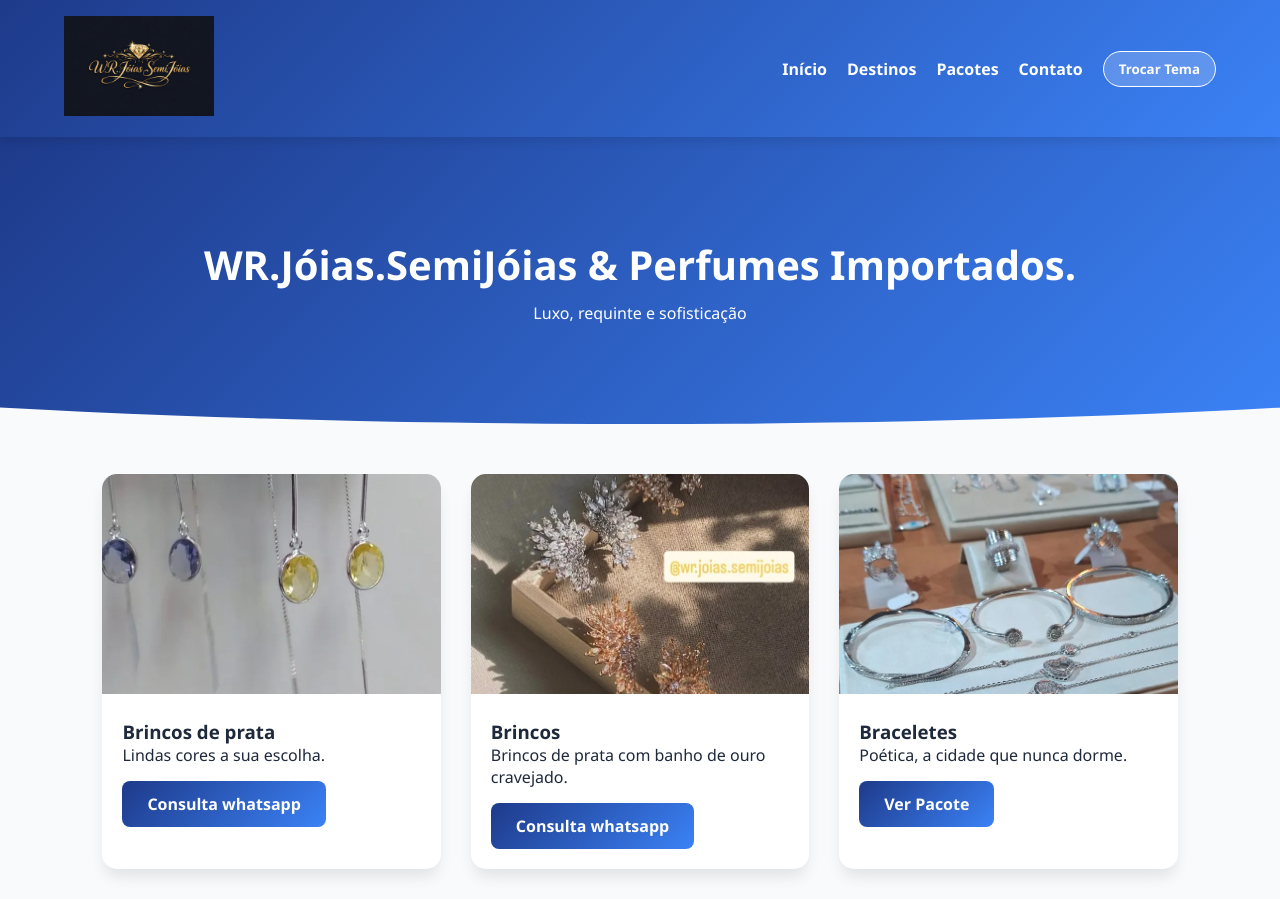
Repository: Sandro1969-tech/joias-perfumes
Page: index.html
An editor plug-in stored every save of this project. The page is shown before and after the next save, followed by the edit.
The browser window is 1280 px wide. The pictures show the part of the page from y = 0 to 899 px (the page is 1593 px tall).
Pictures or frames that could not be fetched are drawn as grey boxes.

Above is the page before, as saved 2026-01-28 15:18:45.

### index.html
<!DOCTYPE html>
<html lang="pt-br">
<head>
    <meta charset="UTF-8">
    <meta name="viewport" content="width=device-width, initial-scale=1.0">
    <title>WR.Jóias.SemiJóias & Perfumes Importados</title>
    <link rel="stylesheet" href="https://cdnjs.cloudflare.com/ajax/libs/font-awesome/6.0.0/css/all.min.css">
    <link rel="shortcut icon" href="assets/image/icone.png" type="image/x-icon">

    <style>
        /* VARIÁVEIS DE CORES */
        :root {
            --primary-gradient: linear-gradient(135deg, #1e3a8a, #3b82f6);
            --bg-color: #f8fafc;
            --text-color: #1e293b;
            --card-bg: #ffffff;
            --accent-color: #60a5fa;
            --button-hover: #2563eb;
        }

        [data-theme="dark"] {
            --bg-color: #0f172a;
            --text-color: #f1f5f9;
            --card-bg: #1e293b;
            --accent-color: #3b82f6;
        }

        /* RESET E GERAL */
        * {
            margin: 0; padding: 0; box-sizing: border-box;
            transition: background 0.4s ease, color 0.4s ease;
            font-family: 'Segoe UI', Tahoma, sans-serif;
        }

        body {
            background-color: var(--bg-color);
            color: var(--text-color);
        }

        /* HEADER E MENU */
        header {
            background: var(--primary-gradient);
            padding: 1rem 5%;
            display: flex;
            justify-content: space-between;
            align-items: center;
            position: sticky; top: 0; z-index: 1000;
            box-shadow: 0 4px 10px rgba(0,0,0,0.1);
        }

        .logo img { height: 100px; }

        .nav-container { display: flex; align-items: center; gap: 20px; }

        .nav-links { display: flex; list-style: none; gap: 20px; }

        .nav-links a {
            color: white; text-decoration: none; font-weight: bold;
            transition: 0.3s;
        }
        .nav-links a:hover { color: var(--accent-color); padding-left: 5px; }

        /* BOTÃO TEMA */
        #theme-toggle {
            background: rgba(255,255,255,0.2);
            border: 1px solid white;
            color: white;
            padding: 8px 15px;
            border-radius: 20px;
            cursor: pointer;
            font-weight: bold;
        }

        /* HERO SECTION */
        .hero {
            text-align: center;
            padding: 100px 20px;
            background: var(--primary-gradient);
            color: white;
            clip-path: ellipse(150% 100% at 50% 0%);
        }

        .hero h1 { font-size: 2.5rem; margin-bottom: 10px; }

        /* GRID DE 3 COLUNAS (CORRIGIDO) */
        .destinos-container {
            display: grid;
            grid-template-columns: repeat(3, 1fr); /* 3 colunas fixas no desktop */
            gap: 30px;
            padding: 50px 8%;
            max-width: 1400px;
            margin: 0 auto;
        }

        .card {
            background: var(--card-bg);
            border-radius: 15px;
            overflow: hidden;
            box-shadow: 0 10px 15px -3px rgba(0,0,0,0.1);
            transition: transform 0.3s ease;
        }

        .card:hover { transform: translateY(-10px); }

        .card img { width: 100%; height: 220px; object-fit: cover; }

        .card-content { padding: 20px; }

        /* BOTÕES COM MOVIMENTO SUAVE (CORRIGIDO) */
        .btn-reserva {
            display: inline-block;
            margin-top: 15px;
            padding: 12px 25px;
            background: var(--primary-gradient);
            color: white;
            text-decoration: none;
            border-radius: 8px;
            font-weight: bold;
            transition: all 0.4s cubic-bezier(0.175, 0.885, 0.32, 1.275);
        }

        .btn-reserva:hover {
            background: var(--button-hover);
            transform: scale(1.05) translateX(10px); /* Movimenta para o lado suavemente */
            box-shadow: 0 5px 15px rgba(59, 130, 246, 0.4);
        }

        /* RODAPÉ */
        footer {
            background: var(--primary-gradient);
            color: white;
            padding: 40px 5%;
            text-align: center;
            margin-top: 50px;
        }

        .footer-content {
            display: flex; justify-content: space-between;
            align-items: center; flex-wrap: wrap; gap: 20px;
        }

        .social-icon {
            color: white; font-size: 1.8rem; margin: 0 10px;
            transition: 0.4s; display: inline-block;
        }
        .social-icon:hover { transform: translateY(-8px); color: var(--accent-color); }

        /* RESPONSIVIDADE */
        @media (max-width: 1024px) { .destinos-container { grid-template-columns: repeat(2, 1fr); } }
        @media (max-width: 768px) {
            .destinos-container { grid-template-columns: 1fr; }
            .nav-links { display: none; } /* Simplificado para focar no erro anterior */
        }
    </style>
</head>
<body>

    <header>
        <div class="logo">
            <img src="assets/image/logo.png" alt="Passaporte Mágico">
        </div>
        <nav class="nav-container">
            <ul class="nav-links">
                <li><a href="#">Início</a></li>
                <li><a href="#">Destinos</a></li>
                <li><a href="#">Pacotes</a></li>
                <li><a href="#">Contato</a></li>
            </ul>
            <button id="theme-toggle">Trocar Tema</button>
        </nav>
    </header>

    <section class="hero">
        <h1>WR.Jóias.SemiJóias & Perfumes Importados.</h1>
        <p>Luxo, requinte e sofisticação</p>
    </section>

    <main class="destinos-container">
        <div class="card">
            <img src="assets/image/joia1.png" alt="Brincos">
            <div class="card-content">
                <h3>Brincos de prata</h3>
                <p>Lindas cores a sua escolha.</p>
                <a href="#" class="btn-reserva">Consulta whatsapp</a>
            </div>
        </div>
        <div class="card">
            <img src="assets/image/joia4.png" alt="Brincos">
            <div class="card-content">
                <h3>Brincos</h3>
                <p>Brincos de prata com banho de ouro cravejado.</p>
                <a href="#" class="btn-reserva">Consulta whatsapp</a>
            </div>
        </div>
        <div class="card">
            <img src="assets/image/joia5.png" alt="Bracelete">
            <div class="card-content">
                <h3>Braceletes</h3>
                <p>Poética, a cidade que nunca dorme.</p>
                <a href="#" class="btn-reserva">Ver Pacote</a>
            </div>
        </div>
        <div class="card">
            <img src="assets/image/Rio de Janeiro.jpg" alt="Rio de Janeiro">
            <div class="card-content">
                <h3>Rio de Janeiro</h3>
                <p>Entre montanhas e mar, cada cenário é único.</p>
                <a href="#" class="btn-reserva">Ver Pacote</a>
            </div>
        </div>
        <div class="card">
            <img src="assets/image/Suiça.jpg" alt="Suíça">
            <div class="card-content">
                <h3>Suiça</h3>
                <p>Montanhas imponentes e lagos cristalinos.</p>
                <a href="#" class="btn-reserva">Ver Pacote</a>
            </div>
        </div>
        <div class="card">
            <img src="assets/image/Tokio.jpg" alt="Tokio">
            <div class="card-content">
                <h3>Tokio</h3>
                <p>Tradição milenar e tecnologia futurista</p>
                <a href="#" class="btn-reserva">Ver Pacote</a>
            </div>
        </div>
    </main>

    <footer>
        <div class="footer-content">
            <div class="footer-info">
                <h2>Passaporte Mágico</h2>
                <p><i class="fas fa-phone"></i> (11) 9999-9999</p>
                <p><i class="fas fa-envelope"></i> contato@passaportemagico.com.br</p>
            </div>
            <div class="footer-socials">
                <a href="#" class="social-icon"><i class="fab fa-instagram"></i></a>
                <a href="#" class="social-icon"><i class="fab fa-facebook"></i></a>
            </div>
        </div>
        <p style="margin-top:20px; opacity:0.7;">&copy; 2024 Passaporte Mágico Agência de Viagens.</p>
    </footer>

    <script>
        const themeBtn = document.getElementById('theme-toggle');
        const body = document.body;

        themeBtn.onclick = () => {
            if (body.hasAttribute('data-theme')) {
                body.removeAttribute('data-theme');
                localStorage.setItem('theme', 'light');
                themeBtn.innerText = "Trocar Tema";
            } else {
                body.setAttribute('data-theme', 'dark');
                localStorage.setItem('theme', 'dark');
                themeBtn.innerText = "Modo Claro";
            }
        };

        // Verifica preferência salva
        if (localStorage.getItem('theme') === 'dark') {
            body.setAttribute('data-theme', 'dark');
            themeBtn.innerText = "Modo Claro";
        }
    </script>
</body>
</html>

After the next save:
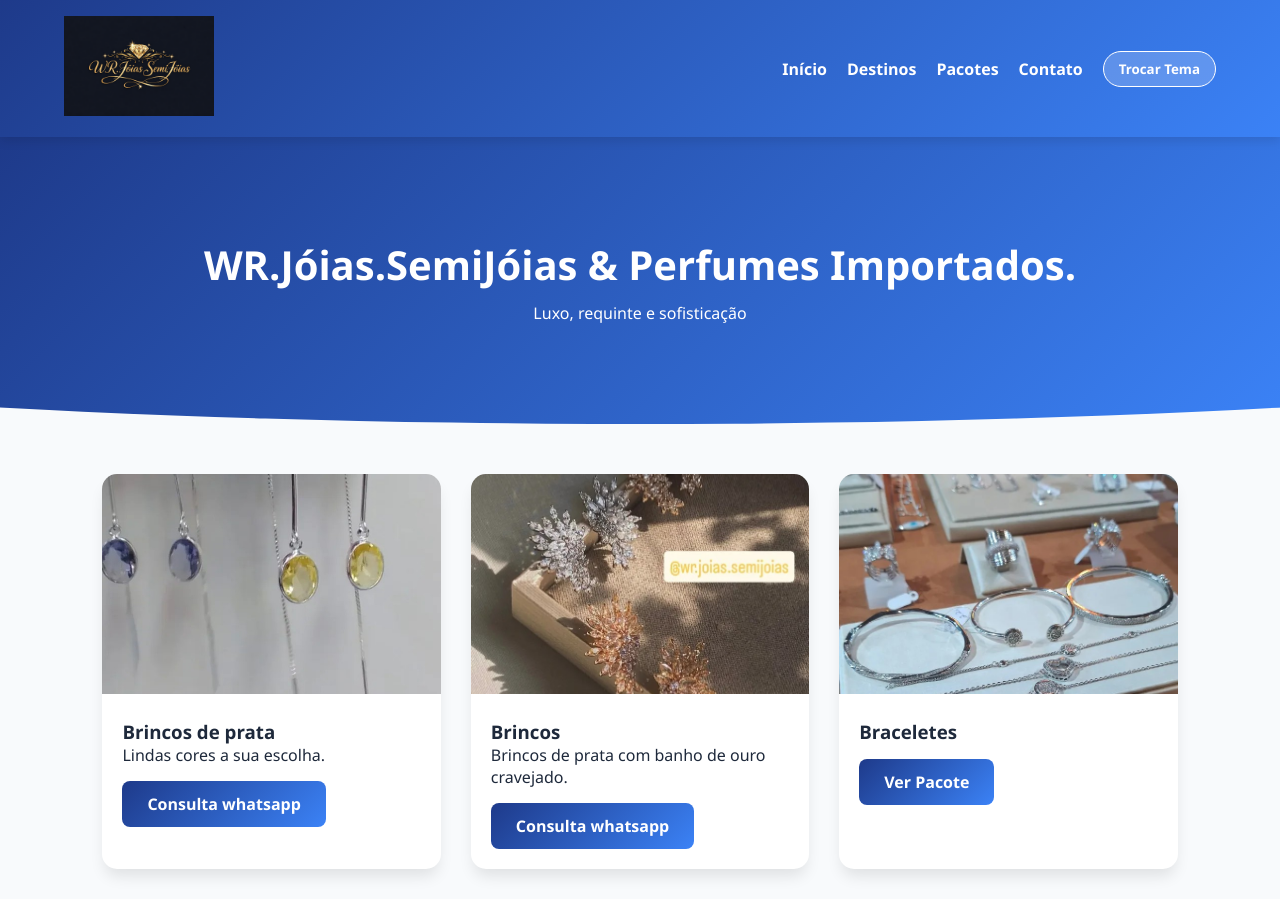
Saved 9 s later.
--- a/index.html
+++ b/index.html
@@ -196,7 +196,7 @@
             <img src="assets/image/joia5.png" alt="Bracelete">
             <div class="card-content">
                 <h3>Braceletes</h3>
-                <p>Poética, a cidade que nunca dorme.</p>
+                <p></p>
                 <a href="#" class="btn-reserva">Ver Pacote</a>
             </div>
         </div>
